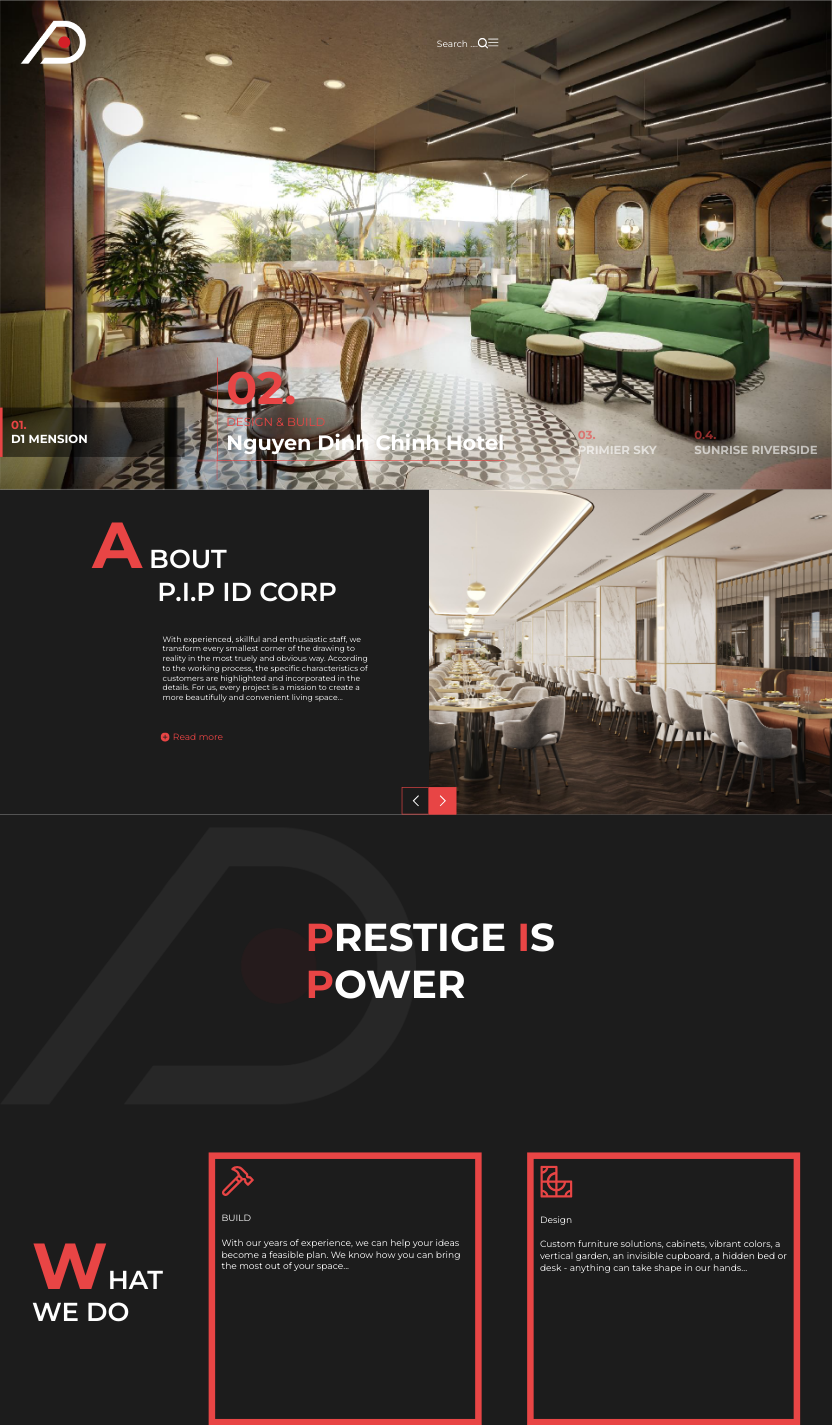
Repository: huudang2840/pipHomePage
Page: index.html
These files come from the project's save history. The page is drawn as it stood at one moment and after the next save; the edit follows.
The browser window is 1280 px wide. The pictures show the whole page, at 65% of full size.

Above is the page before, as saved 2023-03-21 15:10:53.

After the next save:
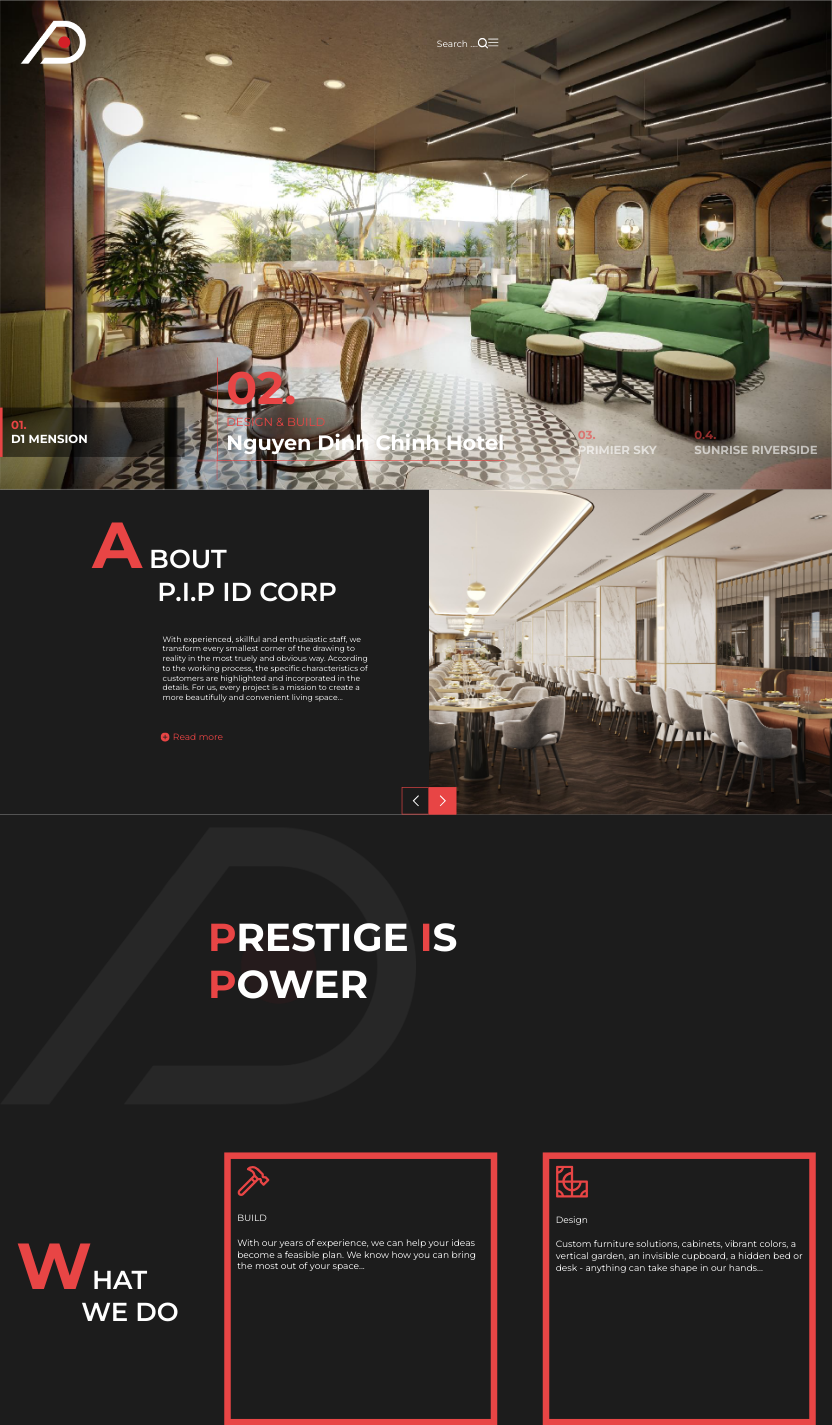
Saved 19 s later.
--- a/style/style.css
+++ b/style/style.css
@@ -261,7 +261,7 @@
   font-size: 60px;
   color: var(--color-red);
 }
-.wedo__top__text:nth-child(2) {
+.wedo__bottom__text:nth-child(2) {
   margin-left: 100px;
 }
 
